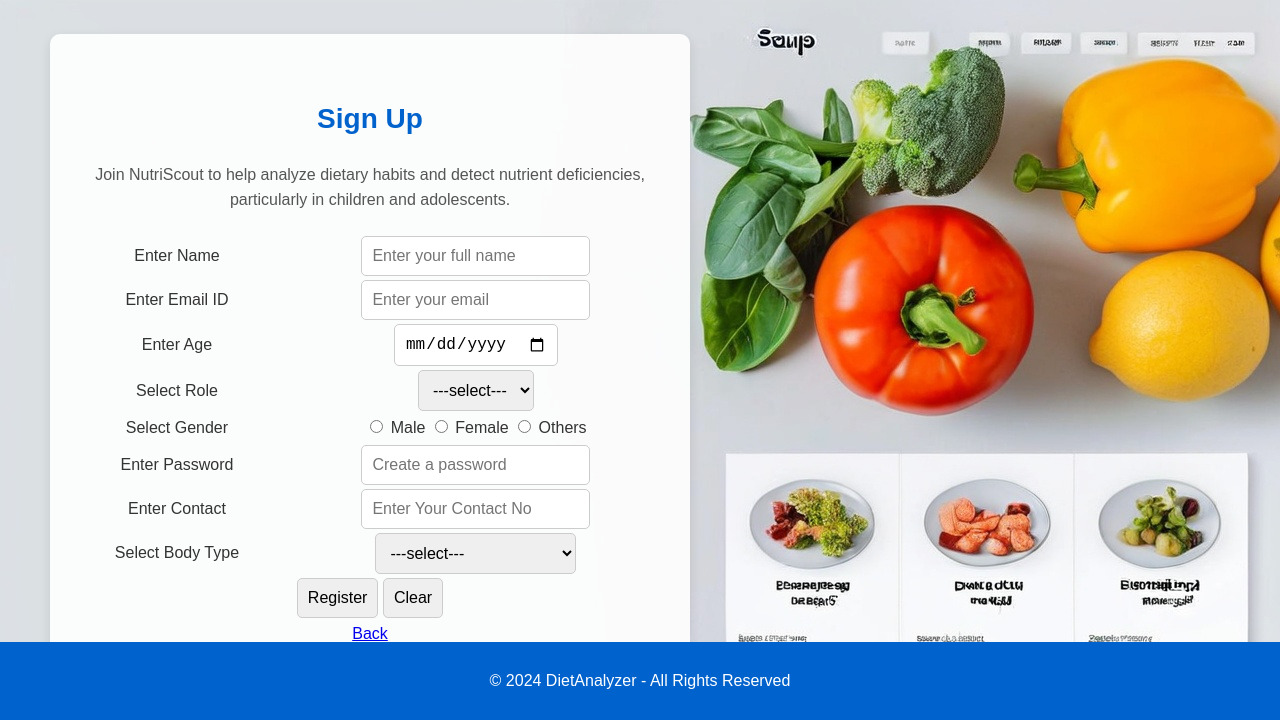
Repository: chaitanyasivathmika/NutrientDiet
Page: http://localhost/NutrientDiet/userreg.jsp
These files come from the project's save history. The page is drawn as it stood at one moment and after the next save; the edit follows.
The browser window is 1280 px wide. The pictures show the whole page.
The page is served by Tomcat 10.

Above is the page before, as saved 2024-11-17 04:44:37.

After the next save:
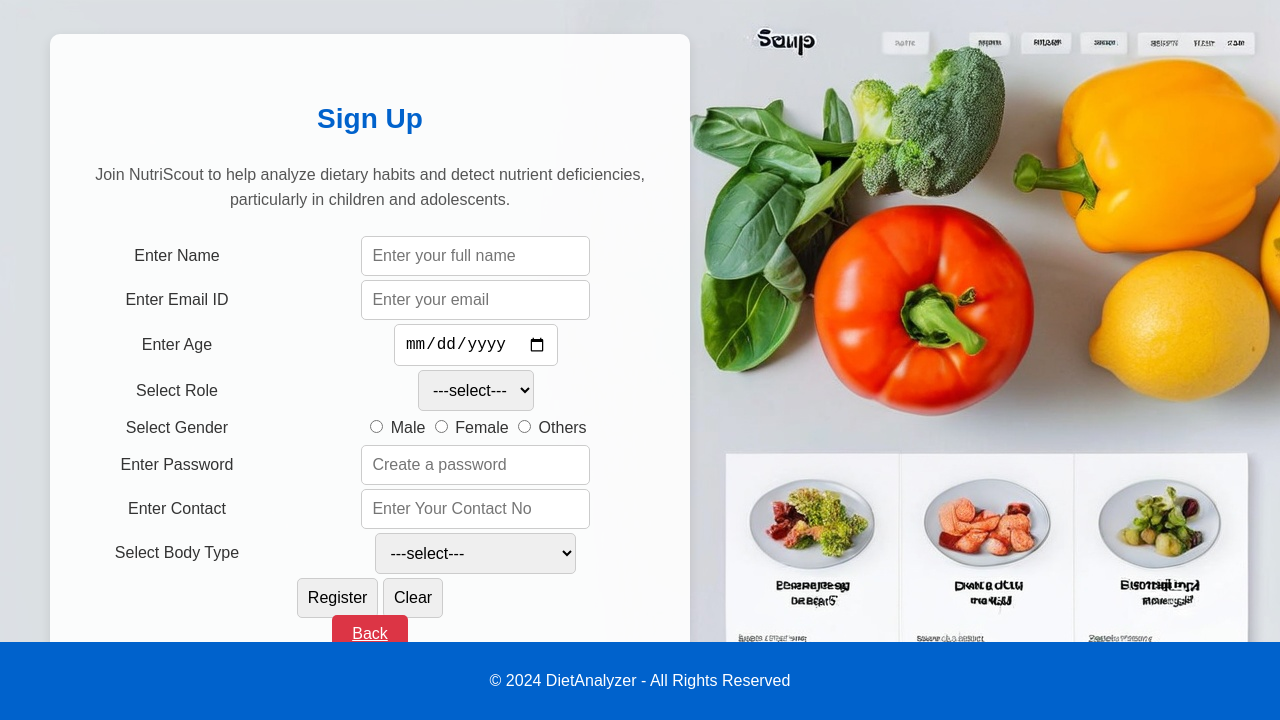
Saved 76 s later.
--- a/NutrientDiet/src/main/webapp/userreg.jsp
+++ b/NutrientDiet/src/main/webapp/userreg.jsp
@@ -195,7 +195,8 @@ footer {
                 </table>
             </form>
 
-            <a href="/">Back</a>
+            <a href="/" class="back-btn">Back</a>
+
         </section>
     </main>
 
